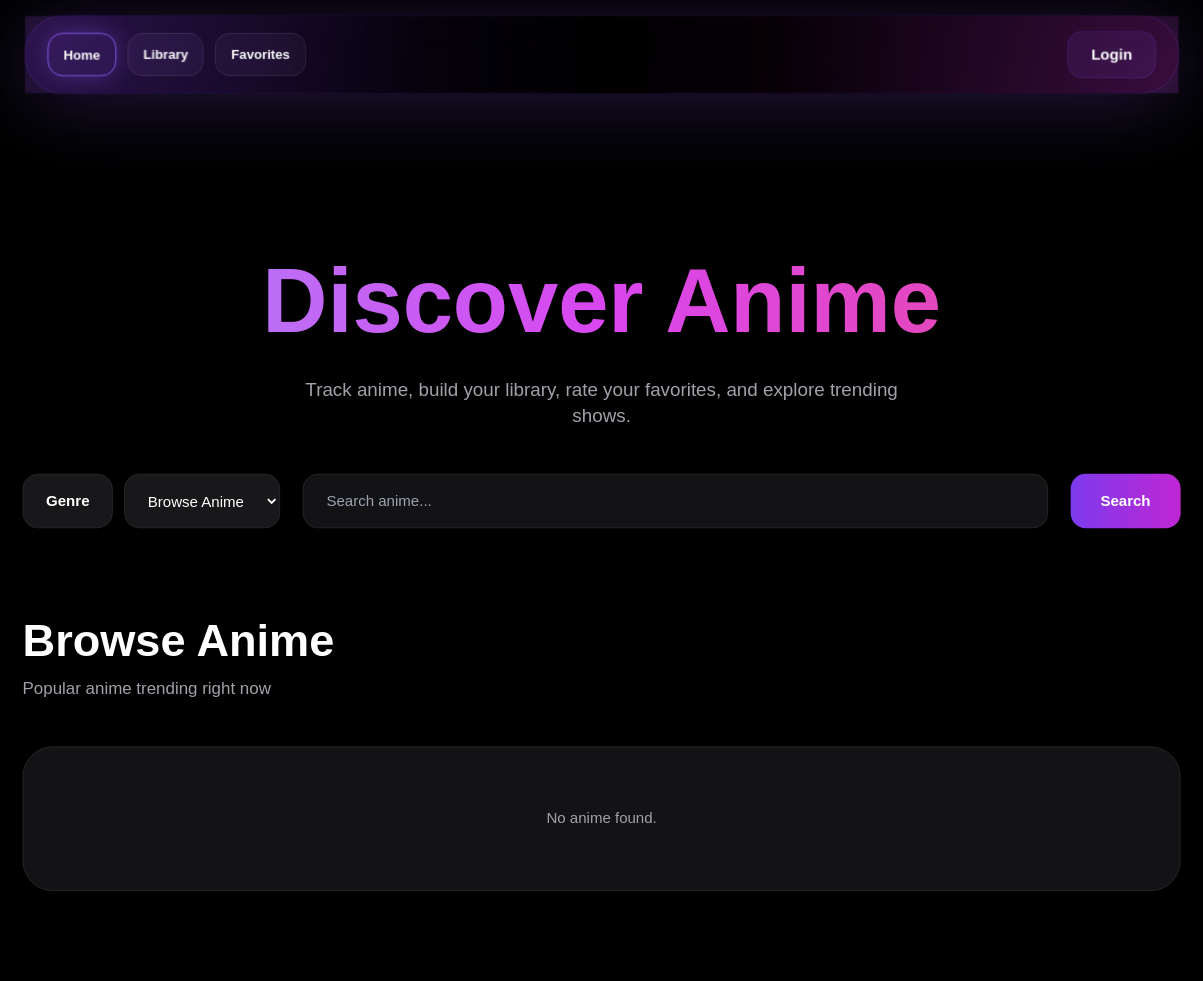
Repository: Maykal-Projects/Otakuflow
Page: /
The author's editor kept a copy of each file at every save. The page is drawn from the files as they stood at one save, then again after the next save.
The browser window is 1280 px wide. The pictures show the whole page, at 94% of full size.
The page's requests for data from a server got no answer. The project was rebuilt for these pictures with package versions that can differ from the ones it lists, and the page was loaded fresh each time. The framework's server and built-in components were replaced by stand-ins that run in the browser. No one was signed in, and anything a server would have sent is missing. Also part of the build but not shown: next.config.ts, components/AnimeCard.tsx.

Above is the page before, as saved 2026-05-30 20:53:43.

### app/layout.tsx
import "./globals.css";

import type { Metadata } from "next";

import { Toaster } from "react-hot-toast";

export const metadata = {

  title: "Otakuflorist",

  applicationName:
    "Otakuflorist",

  description:
    "Track anime, build your library and discover trending shows.",

};

export const viewport = {
  themeColor: "#07010f",
  colorScheme: "dark",
  viewportFit: "cover",
};

export default function RootLayout({
  children,
}: Readonly<{
  children: React.ReactNode;
}>) {
  return (
    <html
  lang="en"
  suppressHydrationWarning
>
      <body className="bg-[#07010f]">
        {children}

        <Toaster
  position="top-center"
  toastOptions={{
    duration: 2500,

    style: {
      background:
        "rgba(15,15,20,0.95)",

      color: "#fff",

      border:
        "1px solid rgba(255,255,255,0.08)",

      borderRadius:
        "22px",

      padding:
        "18px 22px",

      backdropFilter:
        "blur(18px)",

      fontWeight:
        "800",

      boxShadow:
        "0 10px 60px rgba(0,0,0,0.5)",
    },

    success: {
      iconTheme: {
        primary:
          "#a855f7",
        secondary:
          "#fff",
      },
    },
  }}
/>
      </body>
    </html>
  );
}

### app/globals.css
@tailwind base;
@tailwind components;
@tailwind utilities;

html,
body {
  background: #07010f !important;
  color: white;
  font-family: Arial, Helvetica, sans-serif;
  min-height: 100%;
  width: 100%;
  overflow-x: hidden;
  overflow-y: auto;
}

body {
  position: relative;
}

@keyframes spinSlow {
  from {
    transform: rotate(0deg);
  }

  to {
    transform: rotate(360deg);
  }
}

.animate-spin-slow {
  animation: spinSlow 8s linear infinite;
}

### components/Navbar.tsx
"use client";

import Link from "next/link";

import {
  Menu,
  X,
} from "lucide-react";

import {
  usePathname,
} from "next/navigation";

import {
  useEffect,
  useState,
} from "react";

import { supabase }
from "@/lib/supabase";

export default function Navbar() {

  const pathname =
    usePathname();

  const [user, setUser] =
    useState<any>(null);

  const [
    mobileMenu,
    setMobileMenu,
  ] = useState(false);

  useEffect(() => {

    async function getUser() {

      const {
        data: { user },
      } =
        await supabase.auth.getUser();

      setUser(user);
    }

    getUser();

  }, []);

  async function logout() {

    await supabase.auth.signOut();

    window.location.href =
      "/login";
  }

  function navClass(
    path: string
  ) {

    const active =
      pathname === path;

    return `px-4 py-3 rounded-2xl transition font-semibold text-sm ${
      active
        ? "bg-violet-500/10 border border-violet-500 text-white shadow-[0_0_25px_rgba(139,92,246,0.35)]"
        : "bg-white/[0.03] border border-white/10 backdrop-blur-2xl hover:bg-white/[0.06]"
    }`;
  }

  return (

    <div className="absolute top-4 left-1/2 -translate-x-1/2 z-50 w-[96%] max-w-[1700px]">

      <nav className="w-full overflow-hidden overflow-visible rounded-[999px] border border-violet-500/20 bg-gradient-to-r from-violet-950/40 via-black/30 to-fuchsia-950/30 backdrop-blur-3xl shadow-[0_10px_80px_rgba(139,92,246,0.25)] relative">

        {/* GLOW */}
        <div className="absolute inset-0 pointer-events-none bg-[radial-gradient(circle_at_top_left,rgba(168,85,247,0.18),transparent_35%),radial-gradient(circle_at_bottom_right,rgba(217,70,239,0.18),transparent_35%)]" />

        <div className="relative z-50 px-3 sm:px-6 py-3 sm:py-4 overflow-visible">

          {/* DESKTOP */}
          <div className="hidden sm:flex items-center justify-between pointer-events-auto">

            {/* LEFT */}
            <div className="flex items-center gap-3">

              <Link
                href="/"
                className={navClass("/")}
              >
                Home
              </Link>

              <Link
                href="/library"
                className={navClass("/library")}
              >
                Library
              </Link>

              <Link
                href="/favorites"
                className={navClass("/favorites")}
              >
                Favorites
              </Link>

            </div>

            {/* RIGHT */}
            <div className="flex items-center gap-3">

              {user && (

                <Link
                  href="/profile"
                  className={`${navClass(
                    "/profile"
                  )} flex items-center gap-2`}
                >

                  <img
                    src={
                      user.user_metadata
                        ?.avatar_url ||
                      "/default-avatar.png"
                    }
                    alt=""
                    className="w-10 h-10 rounded-[999px] object-cover border border-violet-500/20"
                  />

                  <span>
                    Profile
                  </span>

                </Link>

              )}

              {user ? (

                <button
                  onClick={logout}
                  className="bg-red-500/10 hover:bg-red-500/20 border border-red-500/20 px-6 py-3 rounded-2xl font-semibold transition"
                >
                  Logout
                </button>

              ) : (

                <Link
                  href="/login"
                  className="bg-violet-500/10 hover:bg-violet-500/20 border border-violet-500/20 px-6 py-3 rounded-2xl font-semibold transition"
                >
                  Login
                </Link>

              )}

            </div>

          </div>

          {/* MOBILE */}
          <div className="sm:hidden relative z-[999999] pointer-events-auto">

            {/* TOP BAR */}
            <div className="flex items-center justify-between">

              <h1 className="text-lg font-black bg-gradient-to-r from-violet-400 to-fuchsia-500 bg-clip-text text-transparent">
                Anime
              </h1>


     <button
  type="button"
  onClick={() => {

    console.log("CLICK");

    setMobileMenu(
      !mobileMenu
    );
  }}
  className="p-2 rounded-full border border-white/10 bg-white/[0.03] active:scale-95 transition"
>

                {mobileMenu ? (
                  <X size={22} />
                ) : (
                  <Menu size={22} />
                )}

              </button>

            </div>

            {/* DROPDOWN */}
            {mobileMenu && (

              <div className="mt-4 flex flex-col gap-3 rounded-2xl border border-white/10 bg-black/95 backdrop-blur-3xl p-3 shadow-[0_20px_80px_rgba(0,0,0,0.55)]">

                <Link
                  href="/"
                  className={navClass("/")}
                >
                  Home
                </Link>

                <Link
                  href="/library"
                  className={navClass("/library")}
                >
                  Library
                </Link>

                <Link
                  href="/favorites"
                  className={navClass("/favorites")}
                >
                  Favorites
                </Link>

                {user && (

                  <Link
                    href="/profile"
                    className={`${navClass(
                      "/profile"
                    )} flex items-center gap-2`}
                  >

                    <img
                      src={
                        user.user_metadata
                          ?.avatar_url ||
                        "/default-avatar.png"
                      }
                      alt=""
                      className="w-10 h-10 rounded-full object-cover border border-violet-500/20"
                    />

                    <span>
                      Profile
                    </span>

                  </Link>

                )}

                {user ? (

                  <button
                    onClick={logout}
                    className="bg-red-500/10 hover:bg-red-500/20 border border-red-500/20 px-4 py-3 rounded-xl font-semibold transition text-left"
                  >
                    Logout
                  </button>

                ) : (

                  <Link
                    href="/login"
                    className="bg-violet-500/10 hover:bg-violet-500/20 border border-violet-500/20 px-4 py-3 rounded-xl font-semibold transition"
                  >
                    Login
                  </Link>

                )}

              </div>

            )}

          </div>

        </div>

      </nav>

    </div>
  );
}

### lib/anilist.ts
export async function searchAnime(
  search: string,
  genre?: string
) {
  try {
    const response = await fetch(
      `https://api.jikan.moe/v4/anime?q=${search}`
    );

    const json =
      await response.json();

    let anime =
      json.data || [];

    if (genre) {
      anime = anime.filter(
        (item: any) =>
          item.genres?.some(
            (g: any) =>
              g.name === genre
          )
      );
    }

    return anime;
  } catch (error) {
    console.error(error);

    return [];
  }
}

export async function getAnimeFeed(
  sortType: string,
  genre?: string
) {
  try {
    let endpoint =
      "https://api.jikan.moe/v4/seasons/now";

    // TOP RATED
    if (
      sortType ===
      "SCORE_DESC"
    ) {
      endpoint =
        "https://api.jikan.moe/v4/top/anime";
    }

    const response = await fetch(
      endpoint
    );

    const json =
      await response.json();

    let anime =
      json.data || [];

    if (genre) {
      anime = anime.filter(
        (item: any) =>
          item.genres?.some(
            (g: any) =>
              g.name === genre
          )
      );
    }

    return anime;
  } catch (error) {
    console.error(error);

    return [];
  }
}

### lib/supabase.ts
import { createClient } from "@supabase/supabase-js";

const supabaseUrl =
  process.env.NEXT_PUBLIC_SUPABASE_URL || "";

const supabaseAnonKey =
  process.env.NEXT_PUBLIC_SUPABASE_ANON_KEY || "";

export const supabase = createClient(
  supabaseUrl,
  supabaseAnonKey
);

Loaded but not shown: tailwind.config.js (11 lines, source omitted); app/page.tsx (1062 lines, source omitted)

After the next save:
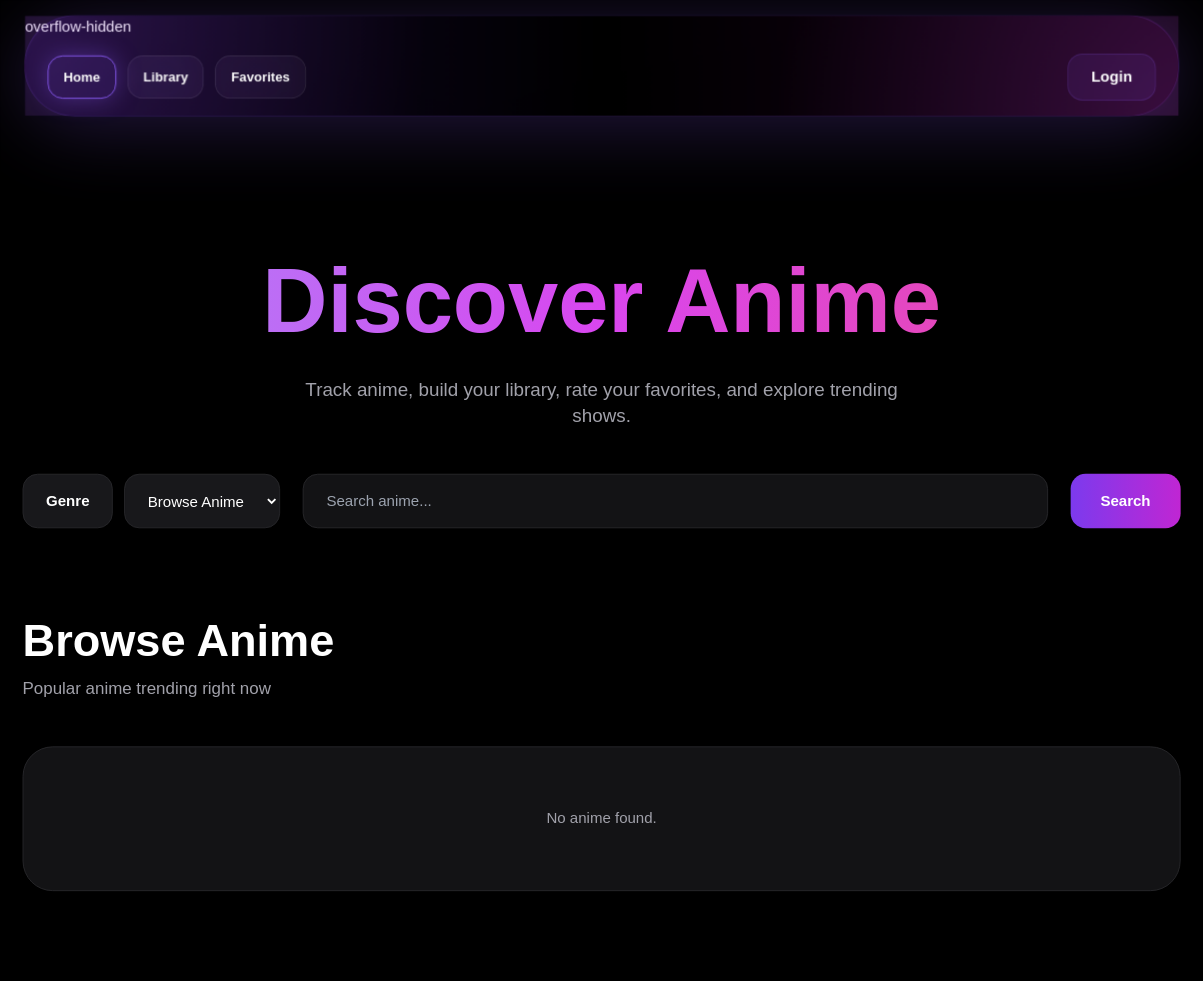
Saved 38 s later.
--- a/components/Navbar.tsx
+++ b/components/Navbar.tsx
@@ -75,7 +75,7 @@
     <div className="absolute top-4 left-1/2 -translate-x-1/2 z-50 w-[96%] max-w-[1700px]">
 
       <nav className="w-full overflow-hidden overflow-visible rounded-[999px] border border-violet-500/20 bg-gradient-to-r from-violet-950/40 via-black/30 to-fuchsia-950/30 backdrop-blur-3xl shadow-[0_10px_80px_rgba(139,92,246,0.25)] relative">
-
+overflow-hidden
         {/* GLOW */}
         <div className="absolute inset-0 pointer-events-none bg-[radial-gradient(circle_at_top_left,rgba(168,85,247,0.18),transparent_35%),radial-gradient(circle_at_bottom_right,rgba(217,70,239,0.18),transparent_35%)]" />
 

After the save that followed:
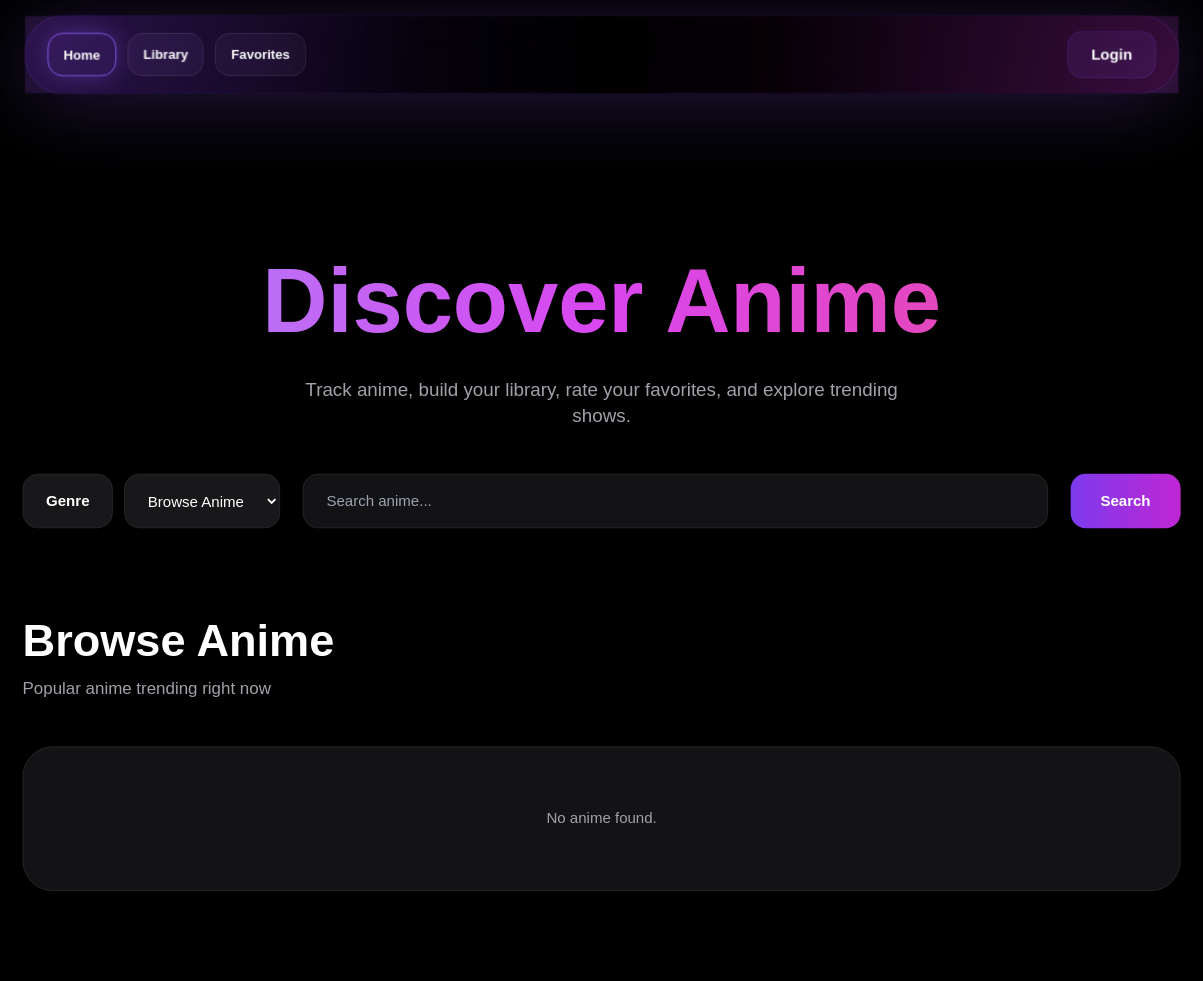
Saved 8 s later.
--- a/components/Navbar.tsx
+++ b/components/Navbar.tsx
@@ -75,7 +75,6 @@
     <div className="absolute top-4 left-1/2 -translate-x-1/2 z-50 w-[96%] max-w-[1700px]">
 
       <nav className="w-full overflow-hidden overflow-visible rounded-[999px] border border-violet-500/20 bg-gradient-to-r from-violet-950/40 via-black/30 to-fuchsia-950/30 backdrop-blur-3xl shadow-[0_10px_80px_rgba(139,92,246,0.25)] relative">
-overflow-hidden
         {/* GLOW */}
         <div className="absolute inset-0 pointer-events-none bg-[radial-gradient(circle_at_top_left,rgba(168,85,247,0.18),transparent_35%),radial-gradient(circle_at_bottom_right,rgba(217,70,239,0.18),transparent_35%)]" />
 
